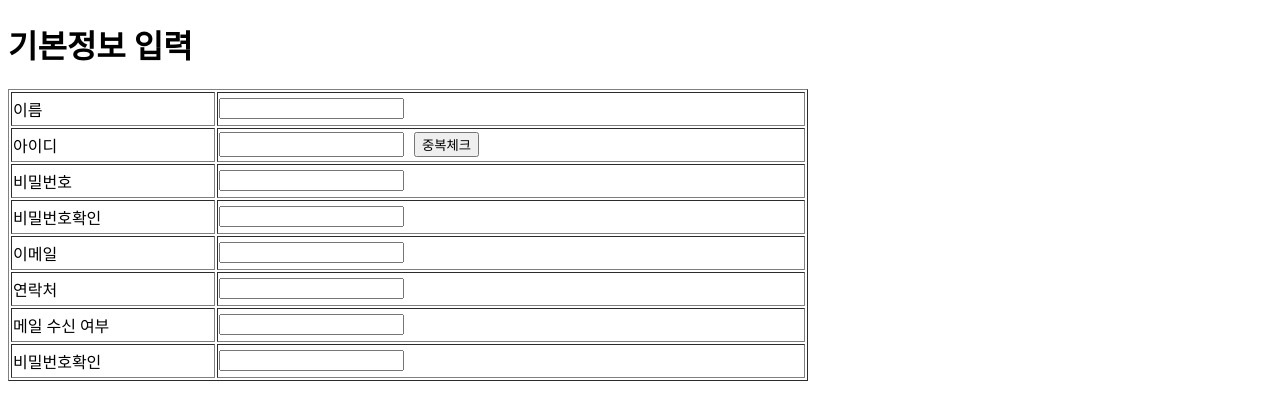
Repository: WonSeungUn/VSCODE
Page: web_work/Html/WebContent/input.html
These files come from the project's save history. The page is drawn as it stood at one moment and after a run of saves; the edit follows.
The browser window is 1280 px wide. The pictures show the whole page.

Above is the page before, as saved 2024-07-08 06:26:25.

### web_work/Html/WebContent/input.html
<!DOCTYPE html>
<html>
<head>
<meta charset="UTF-8">
<title>Insert title here</title>
</head>
<body>
	<h1>기본정보 입력</h1>
	<table border="1" width="800">
		<tbody>
			<tr>
				<td width="200">이름</td>
				<td height ="30">
					<form action="#">
						<input type="text" name="username" style="display : grid;">
					</form>
				</td>
			</tr>
			<tr>
				<td width="200">아이디</td>
				<td height ="30" >
					<form action="#" style="display : flex;">
						<input type="text" name="userId" style="display : grid;">
						<button style="margin-left: 10px;">중복체크</button>
					</form>
				</td>
			</tr>
			<tr>
				<td width="200">비밀번호</td>
				<td height ="30">
					<form action="">
						<input type="password" name="password" style="display : grid;">
					</form>
				</td>
			</tr>
			<tr>
				<td width="200">비밀번호확인</td>
				<td height ="30">
					<form action="">
						<input type="password" name="passwordCheck" style="display : grid;">
					</form>
				</td>
			</tr>
			<tr>
				<td width="200">이메일</td>
				<td height ="30">
					<form action="">
						<input type="email" name="email" style="display : grid;">
					</form>
				</td>
			</tr>
			<tr>
				<td width="200">연락처</td>
				<td height ="30">
					<form action="">
						<input type="tel" name="tel" style="display : grid;">
					</form>
				</td>
			</tr>
			<tr>
				<td width="200">메일 수신 여부</td>
				<td height ="30">
					<form action="">
						<input type="password" name="passwordCheck" style="display : grid;">
					</form>
				</td>
			</tr>
			<tr>
				<td width="200">비밀번호확인</td>
				<td height ="30">
					<form action="">
						<input type="password" name="passwordCheck" style="display : grid;">
					</form>
				</td>
			</tr>
		</tbody>
	</table>
</body>
</html>

After the next 2 saves:
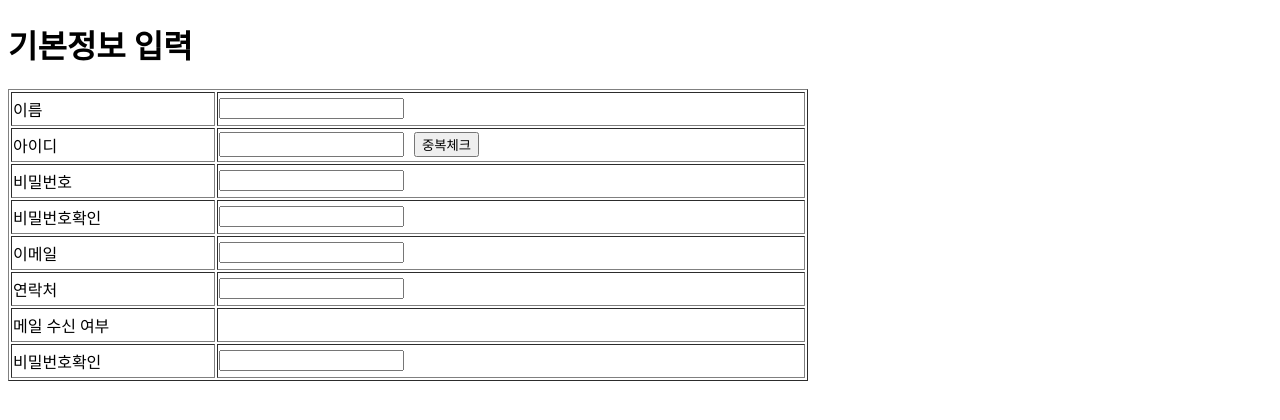
The 2 saves are shown as one change because they came seconds apart.
The last was saved 36 s later.
--- a/web_work/Html/WebContent/input.html
+++ b/web_work/Html/WebContent/input.html
@@ -61,7 +61,7 @@
 				<td width="200">메일 수신 여부</td>
 				<td height ="30">
 					<form action="">
-						<input type="password" name="passwordCheck" style="display : grid;">
+						<input type="radio" name="emailSend" style="display : grid;">
 					</form>
 				</td>
 			</tr>
